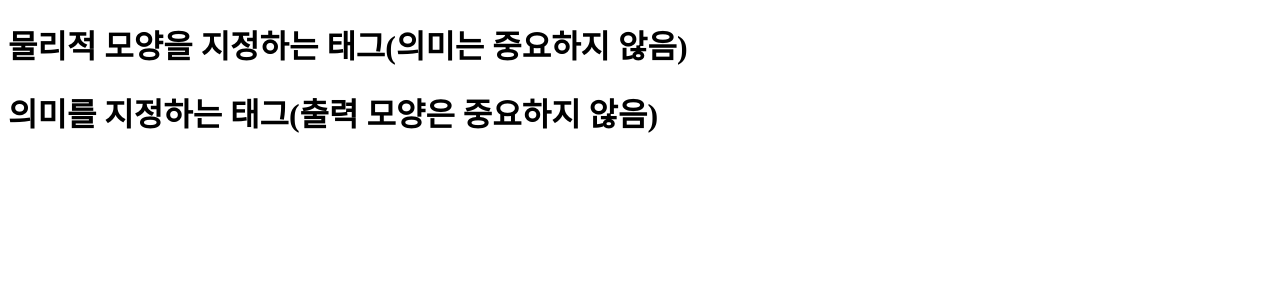
Repository: JeongWoo-Jang/Edu-Backup
Page: 5. HTML & CSS & JS/ClientTest/WebContent/ex09_style.html
The author's editor kept a copy of each file at every save. The page is drawn from the files as they stood at one save, then again after the next save.
The browser window is 1280 px wide. The pictures show the whole page.

Above is the page before, as saved 2020-06-19 00:40:37.

### 5. HTML & CSS & JS/ClientTest/WebContent/ex09_style.html
<!DOCTYPE html>
<html>
<head>
<meta charset="UTF-8">
<title>Insert title here</title>
</head>
<body>

	<h1>물리적 모양을 지정하는 태그(의미는 중요하지 않음)</h1>

	<h1>의미를 지정하는 태그(출력 모양은 중요하지 않음)</h1>

</body>
</html>

After the next save:
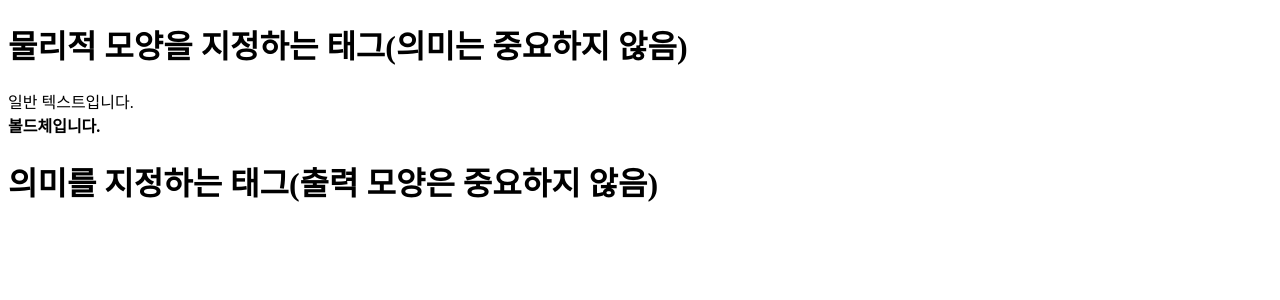
Saved 41 s later.
--- a/5. HTML & CSS & JS/ClientTest/WebContent/ex09_style.html
+++ b/5. HTML & CSS & JS/ClientTest/WebContent/ex09_style.html
@@ -7,6 +7,8 @@
 <body>
 
 	<h1>물리적 모양을 지정하는 태그(의미는 중요하지 않음)</h1>
+	일반 텍스트입니다.<br>
+	<b>볼드체입니다.</b>
 
 	<h1>의미를 지정하는 태그(출력 모양은 중요하지 않음)</h1>
 
